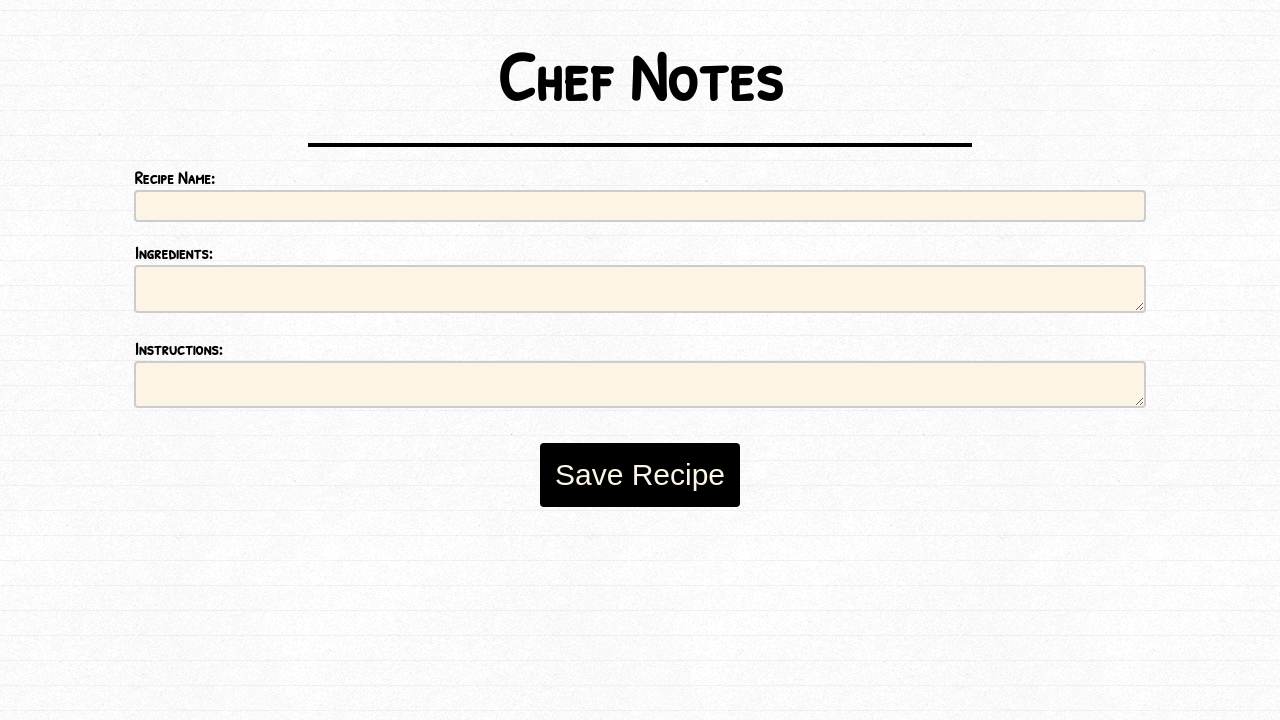
Repository: Chadloswald/RecipeSite
Page: index.html
The author's editor kept a copy of each file at every save. The page is drawn from the files as they stood at one save, then again after the next save.
The browser window is 1280 px wide. The pictures show the whole page.

Above is the page before, as saved 2023-04-03 20:36:50.

### index.html
<!DOCTYPE html>
<html lang="en">
  <head>
    <meta charset="UTF-8">
    <title>ChefNotes</title>
    <style type="text/css">
      /* body {
      background-color: rgb(0,0,0);
      background-image: url(http://www.zingerbugimages.com/backgrounds/parchment_paper_wallpaper_texture_seamless.jpg);
      background-position: top left;
      background-repeat: repeat;
      background-attachment: fixed;
    } */
    </style>
    <link rel="stylesheet" href="style.css">
  </head>
  <body>
    <!-- <div id="corner-border"></div> -->
    <h1>Chef Notes</h1>
    <form>
      <label for="name">Recipe Name:</label>
      <input type="text" id="name" name="name">
      <br>
      <label for="ingredients">Ingredients:</label>
      <textarea id="ingredients" name="ingredients"></textarea>
      <br>
      <label for="instructions">Instructions:</label>
      <textarea id="instructions" name="instructions"></textarea>
      <br>
      <button id="saveButton" type="button">Save Recipe</button>
    </form>
    <div id="list"></div>
    <script src="scripts.js"></script>
  </body>
</html>

### style.css
@font-face {
  font-family: 'Patrick Hand';
  src: url('PatrickHandSC-Regular.ttf') format('truetype');
}
body {
  font-family: 'Patrick Hand', cursive;
  margin-top: 30px 0px 0px 0px;
  padding: 0;
  background-image: url("lined-paper-2.png");
 /* background-color: #FCF5E5;
  */
 /* border: 1px solid black;
  */
}
h1 {
  text-align: center;
  padding: 20px 0;
  border-bottom: 4px solid black;
  margin: 0 300px;
  font-size: 70px;
}
/* @media (max-width: 600px) {
  h1 {
    font-size: xx-large;
    }
    label {
      font-size: larger;
    }
} */
form {
  width: 80%;
  margin: 0 auto;
}
label {
  display: block;
  font-weight: bold;
  margin-top: 1em;
  font-size: large;
}
input[type="text"], textarea {
  background-color: #FCF5E5;
  width: 100%;
  box-sizing: border-box;
  padding: 0.5em;
  border: 2px solid #ccc;
  border-radius: 4px;
}
button {
  display: block;
  margin: 1em auto;
  padding: 0.5em;
  border-radius: 4px;
  background-color: black;
  color: #FCF5E5;
  font-size: 30px;
  border: none;
  cursor: pointer;
}
button:hover {
  background-color: #ADD8E6;
  color: black;
}
#recipe-list {
  width: 80%;
  margin: 1em auto;
}

### scripts.js
document.addEventListener('DOMContentLoaded', function() { //Adds the event listener that waits for site to load before executing the function
  const save = document.getElementById('saveButton'); //The Save Button
  const nameInput = document.getElementById('name'); //The "Name" form
  const ingredientsInput = document.getElementById('ingredients'); //The "Ingredients" form
  const instructionsInput = document.getElementById('instructions'); //The "Instructions" form
  const recipeList = document.getElementById('list'); //The place where your recipes save when you hit the "Save Button"

  save.addEventListener('click', function() { //Adds the event listener to the Save button, listens for a "click"
      const name = nameInput.value; //Gets the value that was put into the "Name" form
      const ingredients = ingredientsInput.value; //Gets the value that was put into the "Ingredients" form
      const instructions = instructionsInput.value; //Gets the value that was put into the "Instructions" form

      const recipe = document.createElement('div'); //Creating a recipe "container" using a div tag
      const recipeName = document.createElement('h2'); //Takes the "name" element and puts it in the recipe container as an h2
      const recipeIngredients = document.createElement('p'); //Takes the "ingredients" element and puts it in the recipe container as an p
      const recipeInstructions = document.createElement('p'); //Takes the "instructions" element and puts it in the recipe container as an p

      recipeName.innerText = name; //Populates the "recipeName" element with the value of the "name" element
      recipeIngredients.innerText = `Ingredients: ${ingredients}`; //Populates the "recipeIngredients" element with all the strings in the "ingredients" element
      recipeInstructions.innerText = `Instructions: ${instructions}`; //Populates the "recipeInstructions" element with all the strings in the "instructions" element
      recipe.appendChild(recipeName); //These 3 lines add "recipeName" "recipeIngredients" and "recipeInstructions" of the recipe doc
      recipe.appendChild(recipeIngredients);
      recipe.appendChild(recipeInstructions);

      recipeList.appendChild(recipe); //Sets the "recipe" as a child of the "recipeList" - Causes each "recipe" to display in the "recipeList"
  });
});

After the next save:
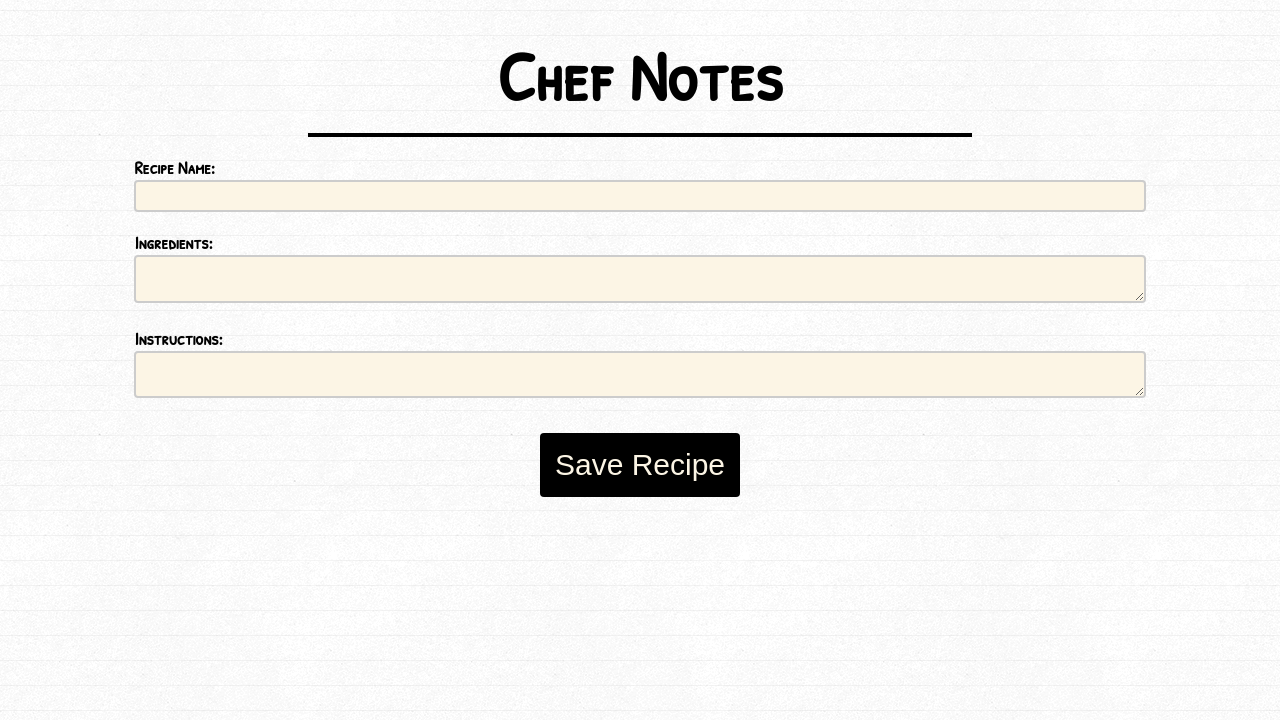
Saved 27 s later.
--- a/style.css
+++ b/style.css
@@ -14,7 +14,7 @@ body {
 }
 h1 {
   text-align: center;
-  padding: 20px 0;
+  padding: 20px 0 10px 0;
   border-bottom: 4px solid black;
   margin: 0 300px;
   font-size: 70px;
